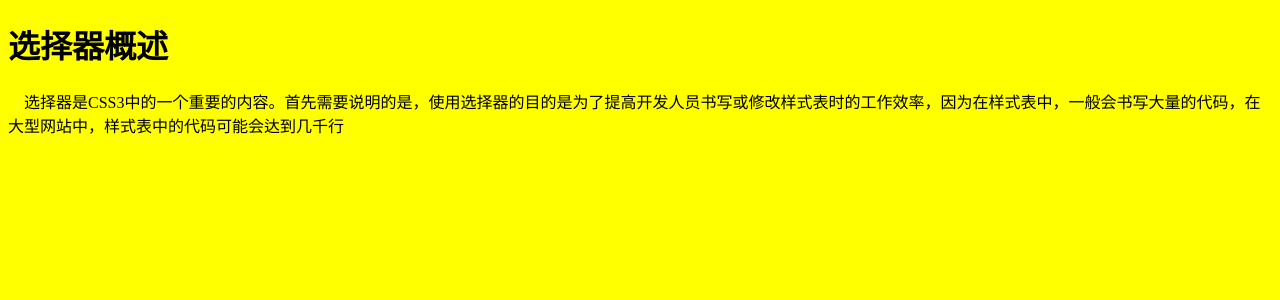
Repository: zdsherlock/HtmlCssLearn
Page: CSS/test-attSelect/index2.html
An editor plug-in stored every save of this project. The page is shown before and after the next save, followed by the edit.
The browser window is 1280 px wide. The pictures show the whole page.

Above is the page before, as saved 2021-05-06 02:20:10.

After the next save:
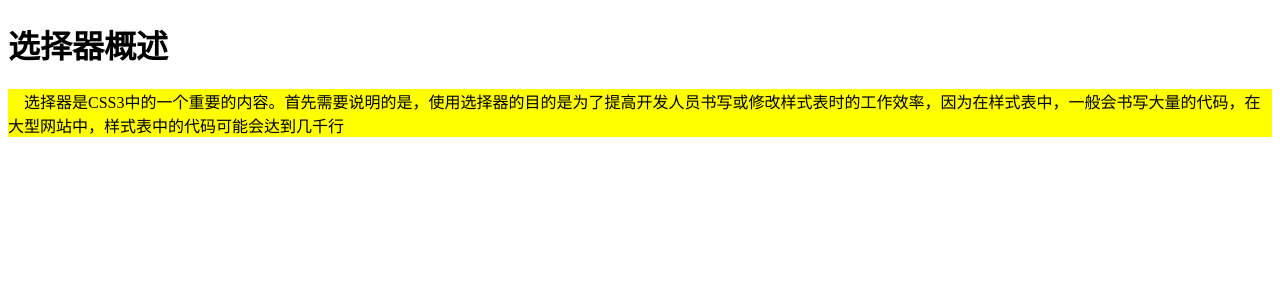
Saved 10 s later.
--- a/CSS/test-attSelect/index2.html
+++ b/CSS/test-attSelect/index2.html
@@ -6,7 +6,7 @@
     <meta name="viewport" content="width=device-width, initial-scale=1.0">
     <title>结构性伪类选择器</title>
     <style>
-        body {
+        body *:not(h1){
             background-color: yellow;
         }
     </style>
